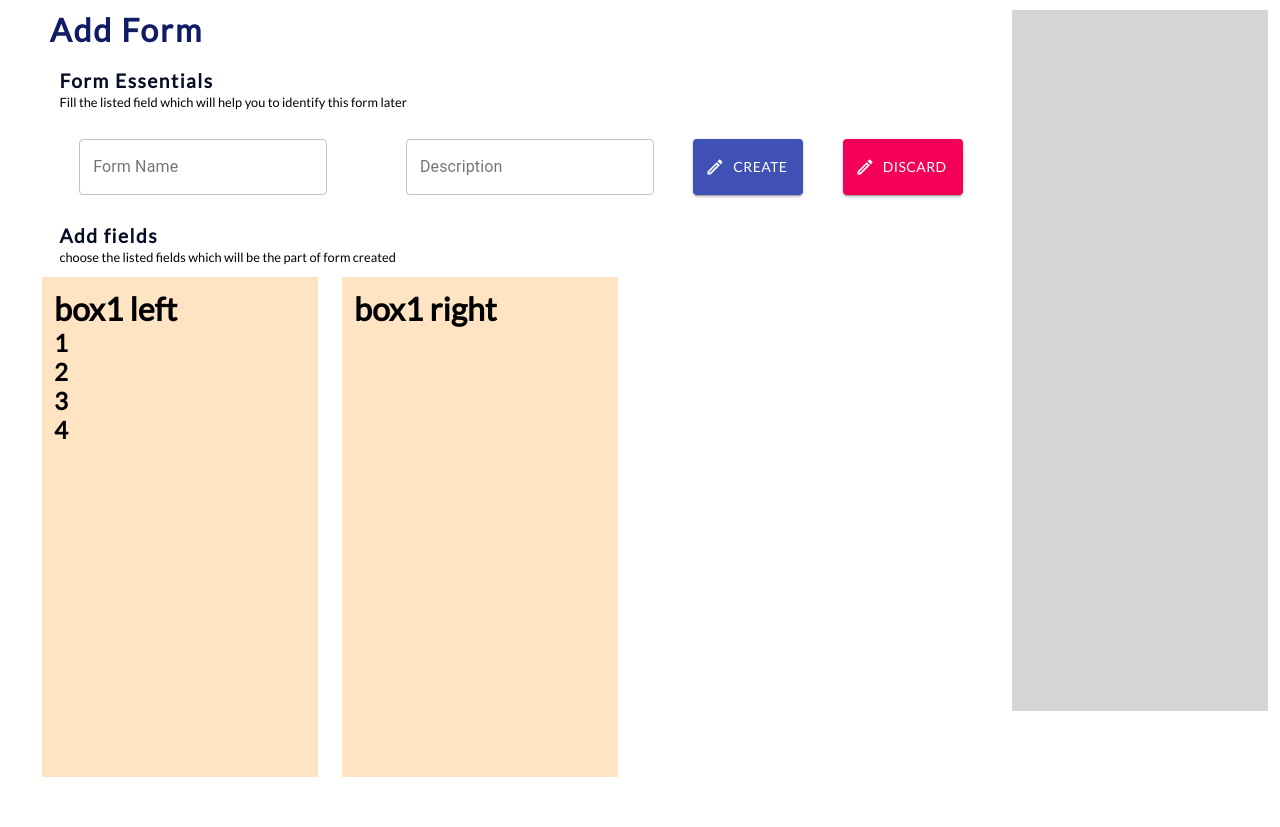
Repository: Architjain128/df
Page: /add
The author's editor kept a copy of each file at every save. The page is drawn from the files as they stood at one save, then again after a run of saves.
The browser window is 1280 px wide. The pictures show the whole page.
The project was rebuilt for these pictures with package versions that can differ from the ones it lists, and the page was loaded fresh each time. Also part of the build but not shown: src/App.css, src/dftable.js, src/dataForm.js.

Above is the page before, as saved 2021-06-26 02:45:03.

### src/addDataForm.js
import React , {Component} from 'react';
import './dataForm.css';
import { Button,TextField } from '@material-ui/core';
import CreateOutlinedIcon from '@material-ui/icons/CreateOutlined';
import TreeData from './grace.json'
import Sortable from 'sortablejs';








class AddDataForm extends Component{
    constructor(props){
        super(props);
        this.state={
            form_name:'',
            description:'',
            tree:[],
        }
        this.list_it=this.list_it.bind(this)
        this.list_to_html=this.list_to_html.bind(this)
        this.fetch_child=this.fetch_child.bind(this)
    }

    list_to_html=(name,level,parent)=>{
        if(level===0){
            return <h1>{name}</h1>
        }
        else if(level===1){
            return <h2>{name}</h2>
        }
        else{
            return <h3>{name}</h3>
        }
    }
    list_it=(data,parent)=>{
        var ro=[]
        for (var c in data) {
            if(parent==="imaging_reports"){
                ro.push(this.list_to_html(data[parseInt(c)],1,parent));
            }
            else if(parent==="testing_reports"){
                ro.push(this.list_to_html(data[c]["test_name"],1,parent));
            }
            else{
                ro.push(this.list_to_html(data[c]['name'],1,parent));
            }
        }
        return ro
    }

    fetch_child=(datas)=>{
        var finalrow=[]
        let i=0;
        for(let data in datas){
            let title=`sortablelist{i}`
            // finalrow.push(<div id={title} className="sortable-left">)

            finalrow.push(<h1>{data}</h1>)
            if(data==="imaging_reports"){
                finalrow.push(this.list_it(datas[data]["parameters"][0]["test_names"],"imaging_reports"))
            }
            else if(data==="testing_reports"){
                finalrow.push(this.list_it(datas[data]["parameters"][0]["test_names"],"testing_reports"))
            }
            else{
                finalrow.push(this.list_it(datas[data]["parameters"],0))
            }
            finalrow.push(<br/>)
            {/* finalrow.push(</div>) */}
        }
        this.setState({tree:finalrow})
    }
    componentDidMount(){
        this.fetch_child(TreeData)

        var left1=document.getElementById('sortable-1-left')
        var right1=document.getElementById('sortable-1-right')
        console.log("into sort")
        console.log(left1)
        console.log(right1)
        new Sortable(left1, {
            group: {
                name: 's',
                // sort:true,
                // pull: 'clone',
                put: false // Do not allow items to be put into this list
            },
            animation: 150,
            sort: false // To disable sorting: set sort to false
        });

        new Sortable(right1, {
            group: {
                name:'s',
                sort:true,
            },
            animation: 150
        });

    }
    render(){
        return (
            <>
                <div className="dataform">
                    <div className='df-create-section'>
                        <div className='df-form-gen'>
                            <div className="df-title">Add Form</div>
                            <div className="df-subtitle">Form Essentials</div>
                            <div className="df-description" >Fill the listed field which will help you to identify this form later</div>
                            <div className="df-form-ess">
                                <TextField id="outlined-basic" label="Form Name" variant="outlined" /><br/>
                                <TextField id="outlined-basic-large" label="Description" variant="outlined"/>
                                <div className="df-create2"><Button variant="contained" color="primary" startIcon={<CreateOutlinedIcon />}> Create </Button></div>
                                <div className="df-create2"><Button variant="contained" href='/' color="secondary" startIcon={<CreateOutlinedIcon />}> Discard </Button></div>
                            </div>
                            <div className="df-subtitle">Add fields</div>
                            <div className="df-description" >choose the listed fields which will be the part of form created</div>
                            <div className="df-create-section">
                                <div className="df-dnd">
                                    <div className="sort-cat">
                                        <div id="sortable-1-left" className="sort-box-1">
                                            <h1>box1 left</h1>
                                            <h2 className="sortable">1</h2>
                                            <h2 className="sortable">2</h2>
                                            <h2 className="sortable">3</h2>
                                            <h2 className="sortable">4</h2>
                                        </div>
                                        <div id="sortable-1-right" className="sort-box-1">
                                            <h1>box1 right</h1>
                                        </div>
                                    </div>
                                    {/* {this.state.tree} */}
                                </div>
                            </div>
                        </div>
                        <div className="df-form-pre-con">
                            <div className='df-form-pre'>

                            </div>
                        </div>
                    </div>
                    <div className="df-end" ></div>
                    <div className="df-footer" ></div>

                </div>
            </>
            );
        }
}

export default AddDataForm;

### src/dataForm.css
@import url('https://fonts.googleapis.com/css2?family=Lato&display=swap');

* {
  box-sizing: border-box;
  margin: 0;
  padding: 0;
  font-family: 'Lato', sans-serif;
}

.dataform {
  padding-left: clamp(10px,30px,5%);
  padding-top: clamp(5px,10px,3%);
  display:block;
  /* height: 90vh; */
  /* align-items: center; */
  justify-content: left;
}
.df-title{
  letter-spacing: 2px;
  font-size: clamp(1.8rem, 2.5vw, 2.8rem);
  color:#101d66;
  font-weight: bolder;
  padding-left:2%;
  padding-right:10%;
  margin-bottom: 2%;
}
.df-subtitle{
    letter-spacing: 1.5px;
    font-size: clamp(1.2rem, 1.5vw, 2rem);
    color:#060b26;
    font-weight: bold;
    padding-left:3%;
    padding-right:10%;
    margin-bottom: 0.2%;
}
.df-description{
    font-size: clamp(0.8rem, 1vw, 1.2rem);
    color:#000000;
    padding-left:3%;
    padding-right:10%;
}
.df-table{
    padding-top:3%;
    padding-bottom:3%;
    padding-left:3%;
    padding-right:10%;
    height: 460px;
}
.df-create-section{
  display: flex;
}
.df-create-section .df-subdes{
  flex-grow: 10;
}
.df-create-section .df-create{
  flex-grow: 0;
}
.df-create-section .df-form-gen{
  flex-grow: 1;
}
.df-create-section .df-form-pre-con{
  flex-grow: 1;
  margin-right: 1%;
}
.df-form-pre{
  background-color: rgb(213, 213, 213);
  height: 90%;
  width: 100%;
}
.df-create{
  /* margin-left: 10%; */
  /* padding: auto; */
  align-items: right;
  justify-content: flex-start;
  display: flex;
  padding-left:3%;
  padding-right:10%;
}
.df-create2{
  /* margin-left: 10%; */
  /* padding: auto; */
  align-items: right;
  justify-content: flex-start;
  display: flex;
  gap: 5px;
}
.df-end{
  padding-top: 3%;
  padding-left: 3%;
}
.df-footer{
  position:absolute;
  padding-left: 3%;
  bottom: 0;
}
.df-form-ess{
  padding: 3%;
  display: flex;
  justify-content: space-around;
}
.df-form-ess TextField{
  flex-grow: 5;
}
.df-form-ess Button{
  flex-grow: 1;
}
#outlined-basic{
  font-size: medium;
  width: 100%;
}
#outlined-basic-large{
  font-size: medium;
  width: 100%;
}

.sort-cat{
  display: flex;
}
.sort-box-1{
  height: 500px;
  width: 300px;
  background-color:bisque;
  margin: 2%;
  padding: 2%;
}

Loaded but not shown: public/index.html (common file); src/index.js (common file); src/index.css (common file); src/App.js (common file); src/reportWebVitals.js (common file); src/grace.json (566 lines, source omitted)

After the next 2 saves:
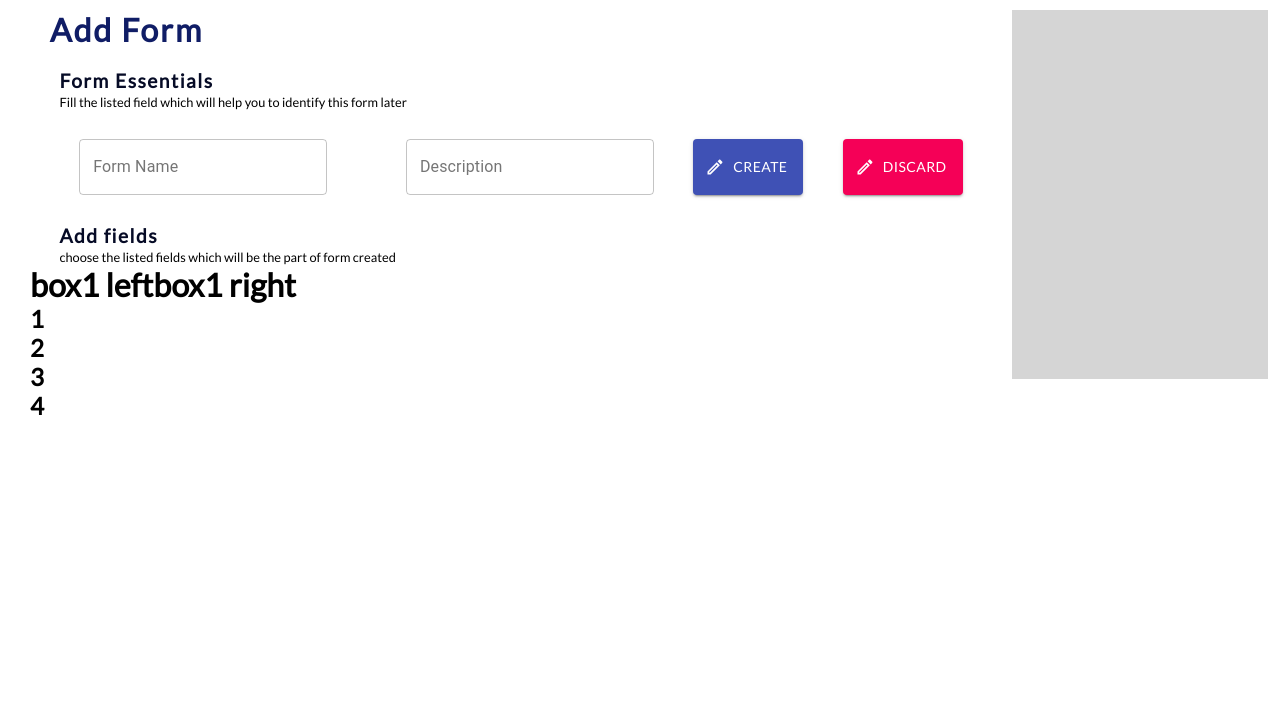
The 2 saves are shown as one change because they came seconds apart.
The last was saved 74 s later.
--- a/src/dataForm.css
+++ b/src/dataForm.css
@@ -116,6 +116,7 @@
 .sort-cat{
   display: flex;
 }
+.sort
 .sort-box-1{
   height: 500px;
   width: 300px;

After the save that followed:
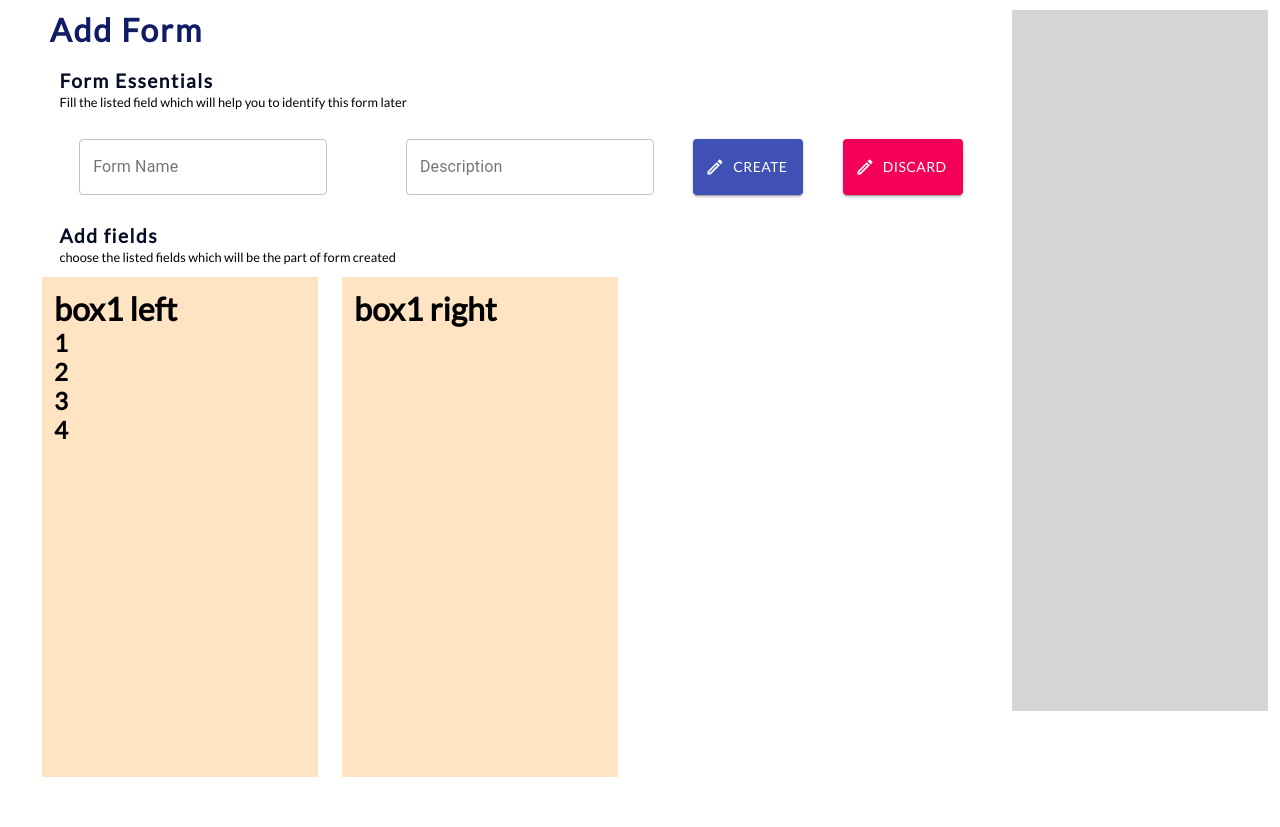
Saved 4 s later.
--- a/src/dataForm.css
+++ b/src/dataForm.css
@@ -116,7 +116,9 @@
 .sort-cat{
   display: flex;
 }
-.sort
+.sort-box{
+
+}
 .sort-box-1{
   height: 500px;
   width: 300px;
